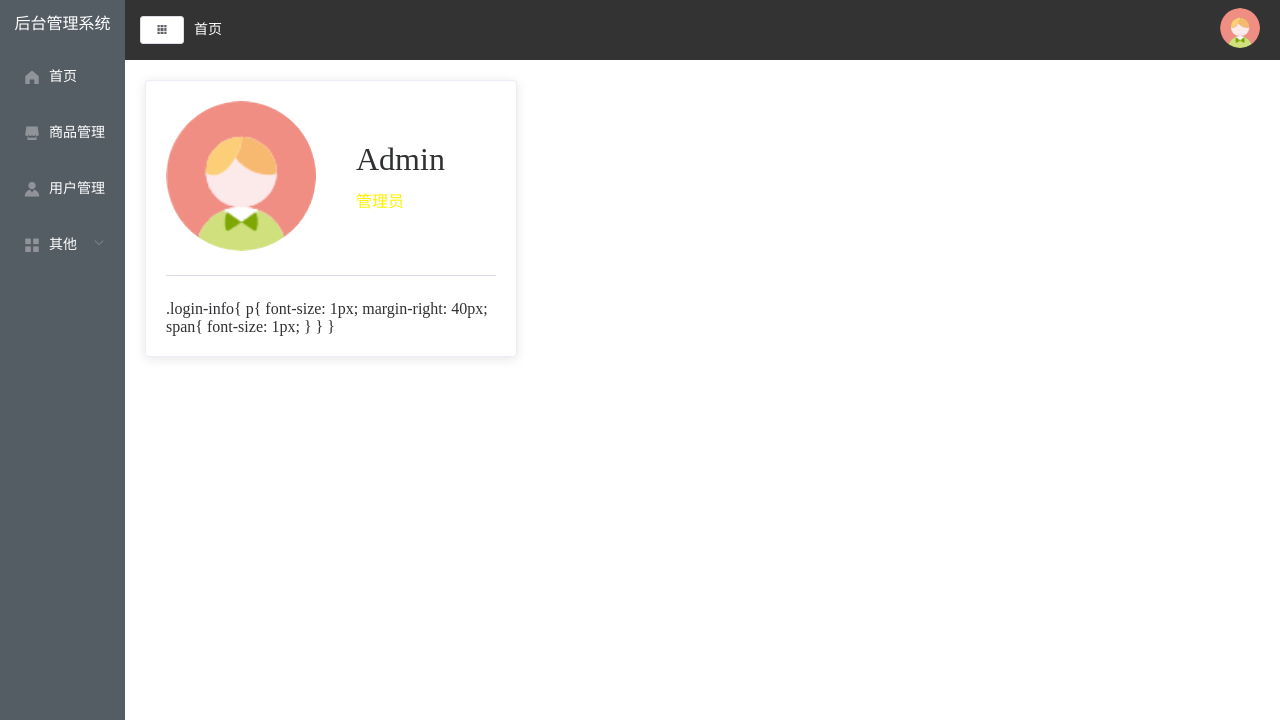
Repository: tkqi/manage
Page: /
These files come from the project's save history. The page is drawn as it stood at one moment and after the next save; the edit follows.
The browser window is 1280 px wide. The pictures show the whole page.
The project was rebuilt for these pictures with package versions that can differ from the ones it lists, and the page was loaded fresh each time. Also part of the build but not shown: vue.config.js.

Above is the page before, as saved 2023-12-03 15:54:49.

### src/main.js
import Vue from 'vue'
import App from './App.vue'
import router from './router'
import store from './store'
import ElementUI from 'element-ui';
import 'element-ui/lib/theme-chalk/index.css';

Vue.config.productionTip = false
Vue.use(ElementUI);

new Vue({
  router,
  store,
  render: h => h(App)
}).$mount('#app')

### src/App.vue
<template>
  <div id="app">
    <!-- 路由出口 -->
    <router-view />
  </div>
</template>

<script>
export default {
  name: 'App'
}
</script>

<style lang="less">
html,
body,
h3,
p {
  margin: 0;
  padding: 0;
}
</style>

### src/router/index.js
import Vue from 'vue'
import VueRouter from 'vue-router'
import routes from './routes'
Vue.use(VueRouter)


const router = new VueRouter({
  routes: routes
})

// 暴露router实例
export default router

### src/store/index.js
import Vue from 'vue'
import Vuex from 'vuex'
import tab from './tab.js'

Vue.use(Vuex)

const store = new Vuex.Store({
  state: {

  },
  getters: {
  },
  mutations: {
  },
  actions: {
  },
  modules: {
    tab
  }
})

export default store;

### src/router/routes.js
export default [
    // 主路由
    {
        path: '/',
        component: () => import('../views/Main.vue'),
        redirect: '/home',// 重定向
        // 子路由
        children: [
            {
                // 首页
                path: '/home',
                // 路由组件懒加载
                component: () => import('../views/Home.vue')
            },
            {
                // 用户管理
                path: '/user',
                component: () => import('../views/User.vue')
            },
            {
                // 商品管理
                path: '/mall',
                component: () => import('../views/Mall.vue')
            },
            {
                // 其他/页面1
                path: '/page1',
                component: () => import('../views/Page1.vue')
            },
            {
                // 其他/页面2
                path: '/page2',
                component: () => import('../views/Page2.vue')
            },
        ]
    },
    {
        path: '/home',
        // 路由组件懒加载
        component: () => import('../views/Home.vue')
    },
    {
        path: '/user',
        component: () => import('../views/User.vue')
    }
]

### src/store/tab.js
// 菜单相关数据
export default {
    state: {
        isCollapse: false
    },
    getters: {
        getisCollapse: (state) => state.isCollapse
    },
    mutations: {
        EDITIsCollapse(state){
            state.isCollapse = !state.isCollapse;
        }
    }
}

### src/views/Main.vue
<!-- eslint-disable vue/multi-word-component-names -->
<template>
    <div>
        <el-container>
            <el-aside width="auto">
                <sidebar />
            </el-aside>
            <el-container>
                <el-header>
                    <topbar />
                </el-header>
                <el-main>
                    <transition>
                        <router-view />
                    </transition>
                </el-main>
            </el-container>
        </el-container>
    </div>
</template>

<script>
import sidebar from '../components/sidebar.vue'
import topbar from '../components/topbar.vue';
export default {
    components: {
        sidebar,
        topbar
    }
}
</script>

<style lang="less" scoped>
.el-header {
    padding: 0;
    margin: 0;
}
</style>

### src/views/Home.vue
<!-- eslint-disable vue/multi-word-component-names -->
<template>
    <el-row>
        <el-col :span="8">
            <div >
                <el-card class="box-card">
                    <div class="user">
                        <img class="img" src="../assets/img/user-default.png" alt="">
                        <div class="user-info">
                            <P class="name">Admin</P>
                            <p class="access">管理员</p>
                        </div>
                    </div>
                    <el-divider></el-divider>
                    <div class="login-info">
                        .login-info{
        p{
            font-size: 1px;
            margin-right: 40px;
            span{
                font-size: 1px;
            }
        }
    }
                    </div>
                </el-card>
            </div>
        </el-col>
        <el-col :span="16">
            <div class="grid-content bg-purple-light"></div>
        </el-col>
    </el-row>
</template>

<script>
export default {
    data() {
        return {

        }
    }
}
</script>
<style lang="less" scoped>
.user{
    display: flex;
    align-items: center;
    padding-right: 0px;
    .login-info{
        p{
            font-size: 1px;
            margin-right: 40px;
            span{
                font-size: 1px;
            }
        }
    }
    .user-info{
        .name{
            font-size: 32px;
            margin-bottom: 10px;
        }
        .access{
            color: #fff000;
        }
    }
    img{
        height: 150px;
        width:150px;
        border-radius: 50%;
        margin-right: 40px;
    }

}
</style>

### src/components/sidebar.vue
<!-- eslint-disable vue/multi-word-component-names -->
<template>
    <el-menu class="menu" @open="handleOpen" @close="handleClose" :collapse="isCollapse" background-color="#545c64"
        text-color="#fff" active-text-color="#ffd04b">
        <h3>{{ !isCollapse?'后台管理系统':'后台' }}</h3>
        <el-menu-item v-for="item in noChildren" :key="item.name" :index="item.name" @click="clickMenu(item)">
            <i :class="`el-icon-${item.icon}`"></i>
            <span slot="title">{{ item.label }}</span>
        </el-menu-item>
        <el-submenu v-for="item in hasChildren" :key="item.label" :index="item.label">
            <template slot="title">
                <i :class="`el-icon-${item.icon}`"></i>
                <span slot="title">{{ item.label }}</span>
            </template>
            <el-menu-item-group v-for="subitem in item.children" :key="subitem.name">
                <el-menu-item :index="subitem.name" @click="clickSubmenu(subitem)">
                    <!-- <template slot="title"> -->
                    <i :class="`el-icon-${subitem.icon}`"></i>
                    <span slot="title">{{ subitem.name }}</span>
                    <!-- </template> -->
                </el-menu-item>
            </el-menu-item-group>
        </el-submenu>
    </el-menu>
</template>

<script>
export default {
    computed: {
        // 无子菜单
        noChildren() {
            return this.menuData.filter(o => !o.children);
        },
        // 有子菜单
        hasChildren() {
            return this.menuData.filter(o => o.children);
        },
        isCollapse() {
           return this.$store.state.tab.isCollapse;
        }
    },
    data() {
        return {
            // 使用store实时改变属性需要定义到computed
            // isCollapse: this.$store.getters('getisCollapse'),
            menuData: [
                {
                    path: '/',
                    name: 'home',
                    label: "首页",
                    icon: 's-home',
                    url: 'Home/Home'
                },
                {
                    path: '/mall',
                    name: 'mall',
                    label: "商品管理",
                    icon: 's-shop',
                    url: 'MallManage/MallManage'
                },
                {
                    path: '/user',
                    name: 'user',
                    label: "用户管理",
                    icon: 's-custom',
                    url: 'UserManage/UserManage'
                },
                {
                    label: '其他',
                    icon: 'menu',
                    children: [
                        {
                            path: '/page1',
                            name: 'page1',
                            label: "页面1",
                            icon: 's-claim',
                            url: 'Other/PageOne'
                        },
                        {
                            path: '/page2',
                            name: 'page2',
                            label: "页面2",
                            icon: 's-claim',
                            url: 'Other/PageTwo'
                        },
                    ]
                }
            ]
        };
    },
    methods: {
        handleOpen(key, keyPath) {
            console.log(key, keyPath);
        },
        handleClose(key, keyPath) {
            console.log(key, keyPath);
        },
        clickMenu(item) {
            console.log(this.$router.currentRoute.path);
            // 判断当前路由于点击链接的路由不一致才跳转
            if (item.path != this.$route.path && !(this.$route.path == '/home' && item.path == '/'))
                this.$router.push(item.path);
        },
        clickSubmenu(subitem) {
            // 判断当前路由于点击链接的路由不一致才跳转
            if (subitem.path != this.$route.path)
                this.$router.push(subitem.path);
        }
    }
}
</script>

<style lang="less" scoped>
.el-menu-vertical-demo:not(.el-menu--collapse) {
    width: 200px;
    min-height: 400px;
}

.menu {
    height: 100vh;
    border-right:0;
    h3 {
        color: rgb(255, 255, 255);
        text-align: center;
        line-height: 48px;
        font-size: 16px;
        font-weight: 400;
    }
}
</style>

### src/components/topbar.vue
<!-- eslint-disable vue/multi-word-component-names -->
<template>
    <div class="head-container">
        <div class="l-content">
            <el-button icon="el-icon-s-grid" size="mini" @click="changeCollapse()"/>
            <!-- 面包屑 -->
            <span class="text">首页</span>
        </div>
        <div class="r-content">
            <el-dropdown>
                <span class="el-dropdown-link">
                    <img class="img" src="../assets/img/user-default.png" alt="">
                </span>
                <el-dropdown-menu slot="dropdown">
                    <el-dropdown-item>个人中心</el-dropdown-item>
                    <el-dropdown-item>退出</el-dropdown-item>
                </el-dropdown-menu>
            </el-dropdown>
        </div>
    </div>
</template>

<script>
export default {
    data(){
        return{

        }
    },
    methods:{
        changeCollapse(){
            console.log(1);
            this.$store.commit('EDITIsCollapse');
        }
    }
}
</script>

<style lang="less" scoped>
.head-container {
    background-color: #333;
    height: 60px;
    display: flex;
    justify-content: space-between;
    align-items: center;
    padding-left: 15px;
    padding-right: 20px;
}

// .l-content {
//     padding-left: 15px;
// }

// .r-content {}

.text {
    color: white;
    font-size: 14px;
    padding-left: 10px;
}

.img{
    height: 40px;
    width: 40px;
    border-radius: 50%;
}
</style>

Loaded but not shown: public/index.html (common file)

After the next save:
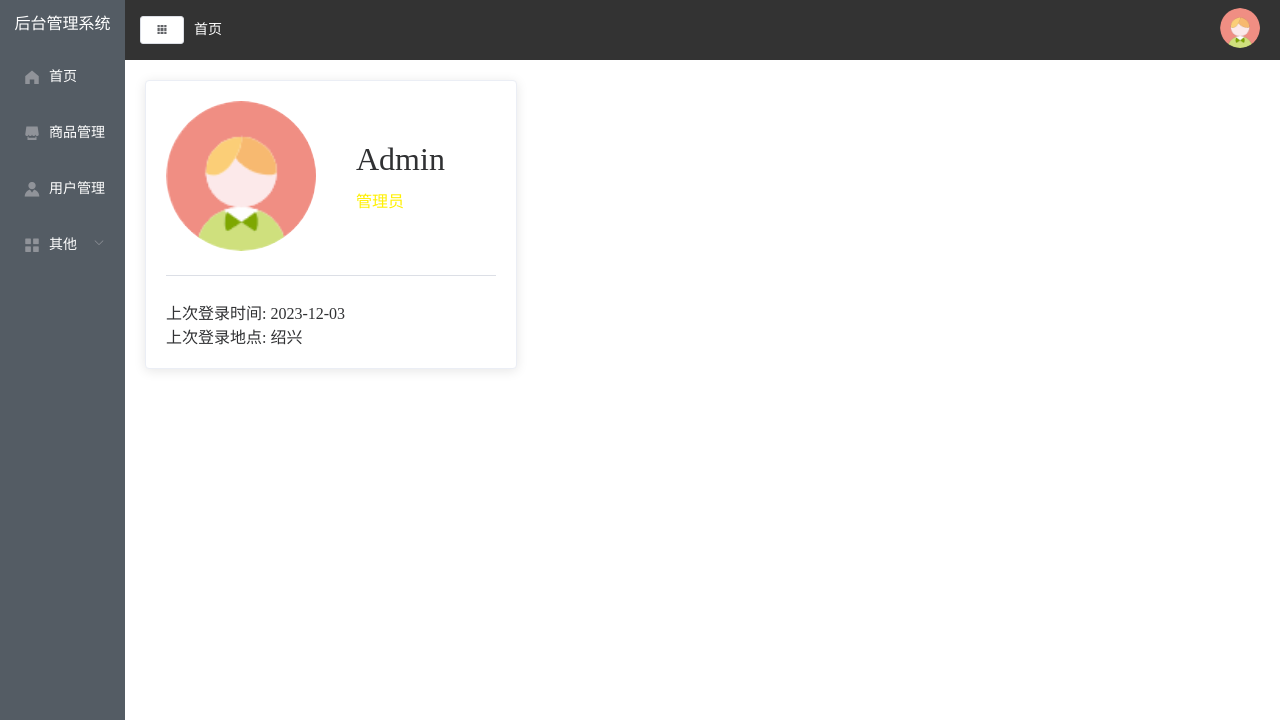
Saved 13 s later.
--- a/src/views/Home.vue
+++ b/src/views/Home.vue
@@ -13,15 +13,8 @@
                     </div>
                     <el-divider></el-divider>
                     <div class="login-info">
-                        .login-info{
-        p{
-            font-size: 1px;
-            margin-right: 40px;
-            span{
-                font-size: 1px;
-            }
-        }
-    }
+                        <p>上次登录时间: <span>2023-12-03</span></p>
+                        <p>上次登录地点: <span>绍兴</span></p>
                     </div>
                 </el-card>
             </div>
